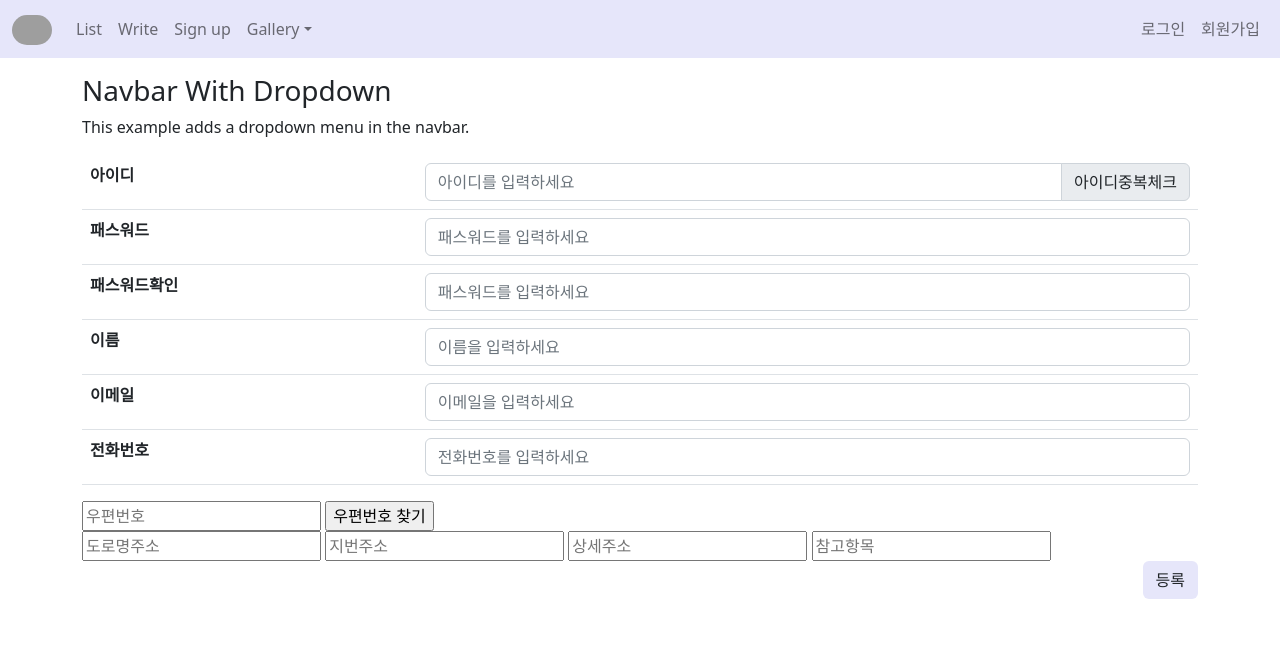
Repository: kwakhimoly/ws_backup
Page: http://localhost/myapp3/WEB-INF/views/member/member_write.jsp
An editor plug-in stored every save of this project. The page is shown before and after the next save, followed by the edit.
The browser window is 1280 px wide. The pictures show the whole page.
Pictures or frames that could not be fetched are drawn as grey boxes. The page is served by Tomcat 9. Nobody is signed in. The template is opened directly, without the code that normally fills it, so the values that code supplies are empty.

Above is the page before, as saved 2023-02-13 06:10:28.

After the next save:
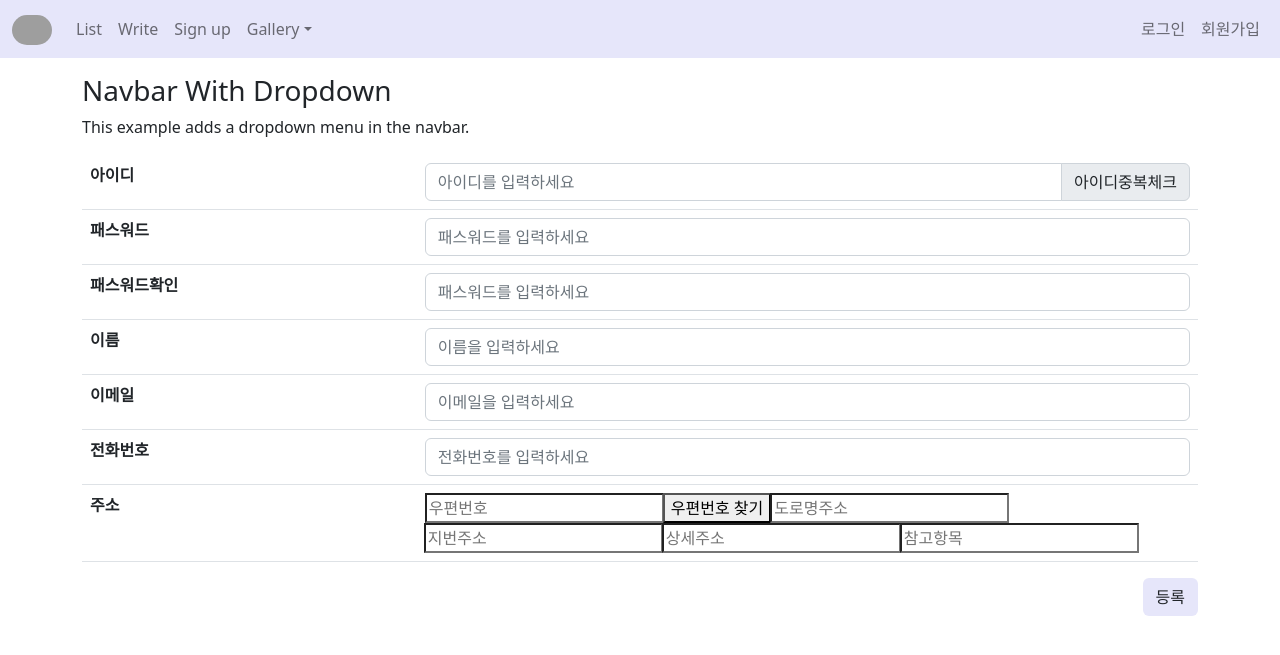
Saved 77 s later.
--- a/spws/myapp3/src/main/webapp/WEB-INF/views/member/member_write.jsp
+++ b/spws/myapp3/src/main/webapp/WEB-INF/views/member/member_write.jsp
@@ -87,18 +87,24 @@
 							</div>
 						</td>
 					</tr>
+					<tr>
+						<th>주소</th>
+						<td>
+					<div class="input-group">
+						<input type="text" id="sample4_postcode" placeholder="우편번호">
+						<input type="button" onclick="sample4_execDaumPostcode()" value="우편번호 찾기"><br>
+						<input type="text" id="sample4_roadAddress" placeholder="도로명주소">
+						<input type="text" id="sample4_jibunAddress" placeholder="지번주소">
+						<span id="guide" style="color:#999;display:none"></span>
+						<input type="text" id="sample4_detailAddress" placeholder="상세주소">
+						<input type="text" id="sample4_extraAddress" placeholder="참고항목">
+					</div>
+						</td>
+					</tr>
 				</tbody>
 			</table>
 		</div>
 
-		<div class="container mt-3">
-			<input type="text" id="sample4_postcode" placeholder="우편번호">
-			<input type="button" onclick="sample4_execDaumPostcode()" value="우편번호 찾기"><br>
-			<input type="text" id="sample4_roadAddress" placeholder="도로명주소">
-			<input type="text" id="sample4_jibunAddress" placeholder="지번주소">
-			<span id="guide" style="color:#999;display:none"></span>
-			<input type="text" id="sample4_detailAddress" placeholder="상세주소">
-			<input type="text" id="sample4_extraAddress" placeholder="참고항목">
 		</div>
 
 		<div class="container" style="text-align: right">
